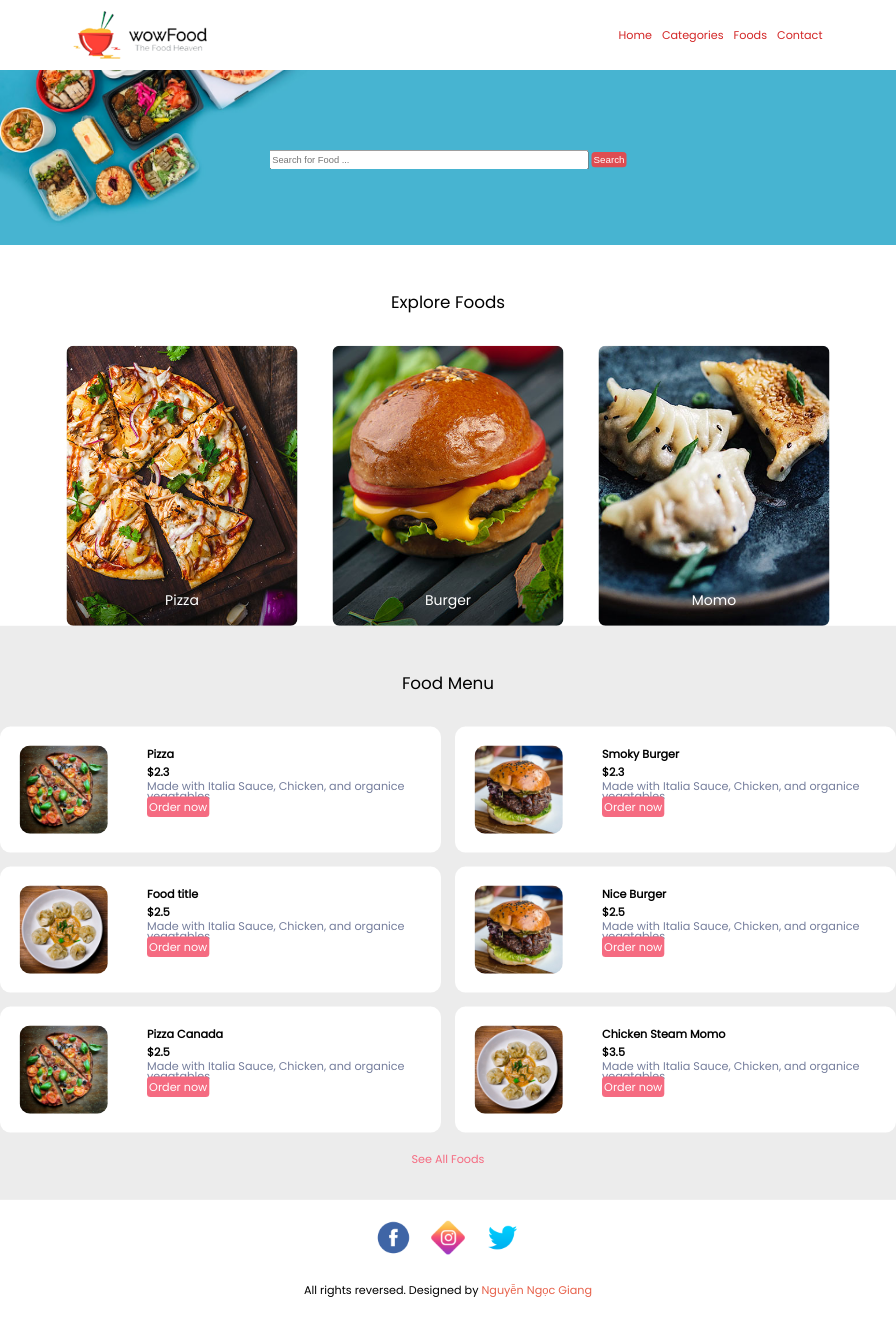
Repository: ruaruababa/WowFood
Page: index.html
The author's editor kept a copy of each file at every save. The page is drawn from the files as they stood at one save, then again after the next save.
The browser window is 1280 px wide. The pictures show the whole page, at 70% of full size.

Above is the page before, as saved 2021-09-18 11:17:41.

After the next save:
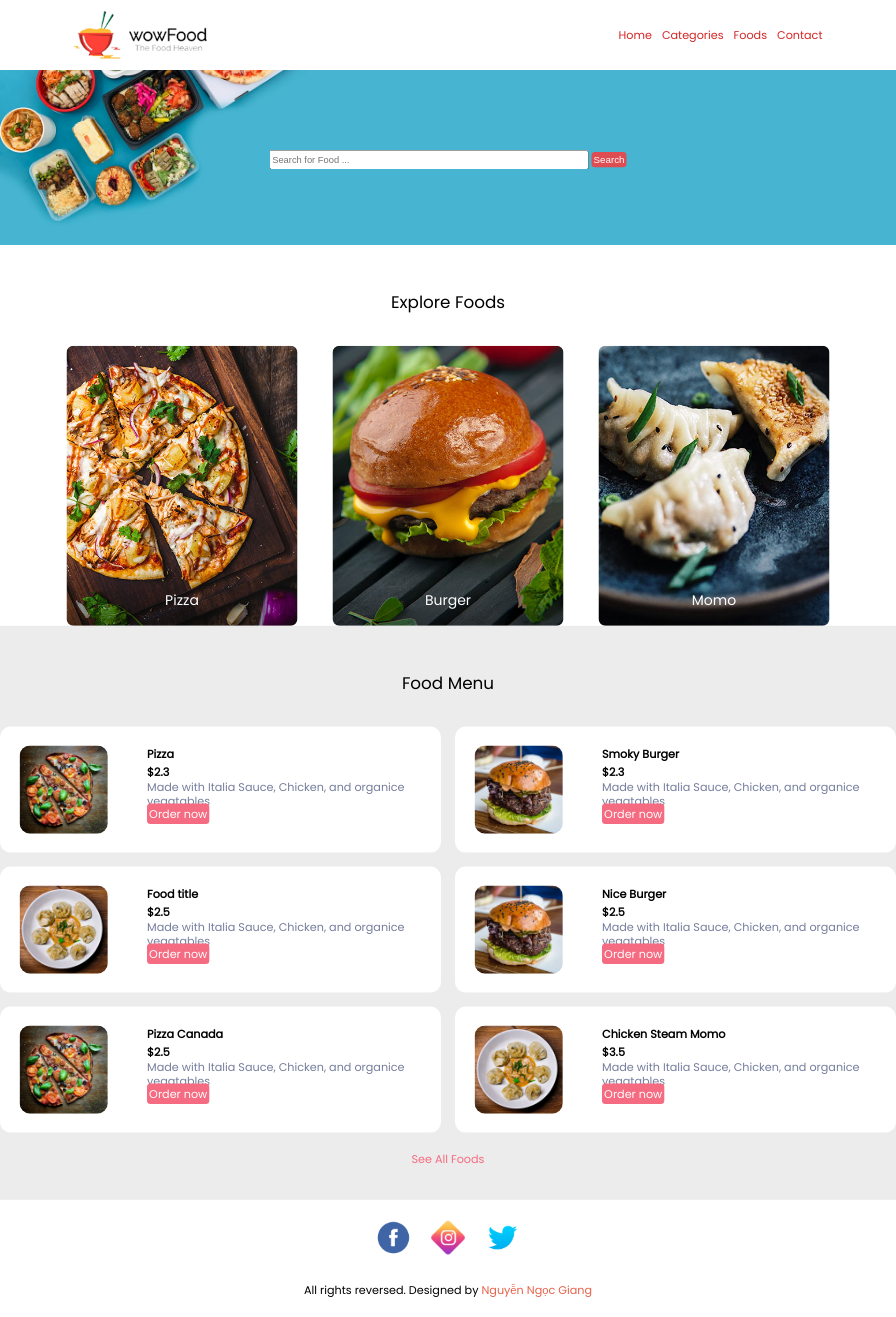
Saved 6 s later.
--- a/style.css
+++ b/style.css
@@ -212,7 +212,7 @@ article {
 }
 
 .des-item {
-    line-height: 15px;
+    line-height: 20px;
     color: #747d9c;
 }
 
